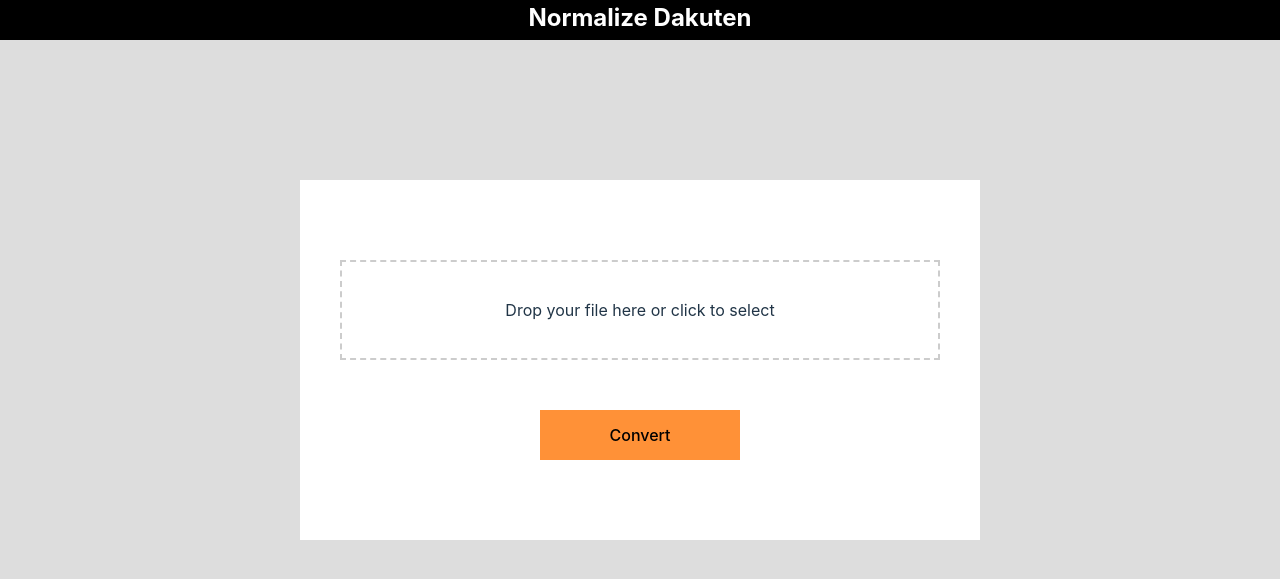
Repository: CatHandsService/normalize_dakuten
Page: / (app in front/)
The author's editor kept a copy of each file at every save. The page is drawn from the files as they stood at one save, then again after the next save.
The browser window is 1280 px wide. The pictures show the whole page.
The project was rebuilt for these pictures with package versions that can differ from the ones it lists, and the page was loaded fresh each time. Also part of the build but not shown: front/vite.config.ts.

Above is the page before, as saved 2024-01-27 16:21:47.

After the next save:
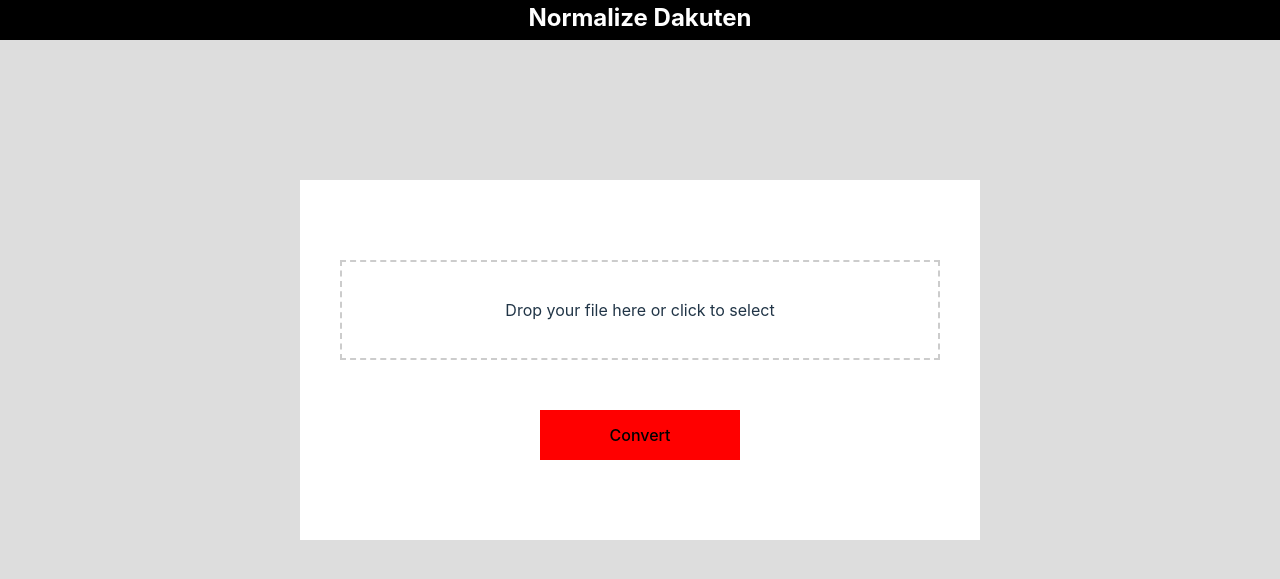
Saved 8 s later.
--- a/front/src/App.css
+++ b/front/src/App.css
@@ -39,6 +39,6 @@ body {
 .convert {
   width: 200px;
   height: 50px;
-  background-color: #ff9137;
+  background-color: #ff0000;
   border-radius: 0;
 }
